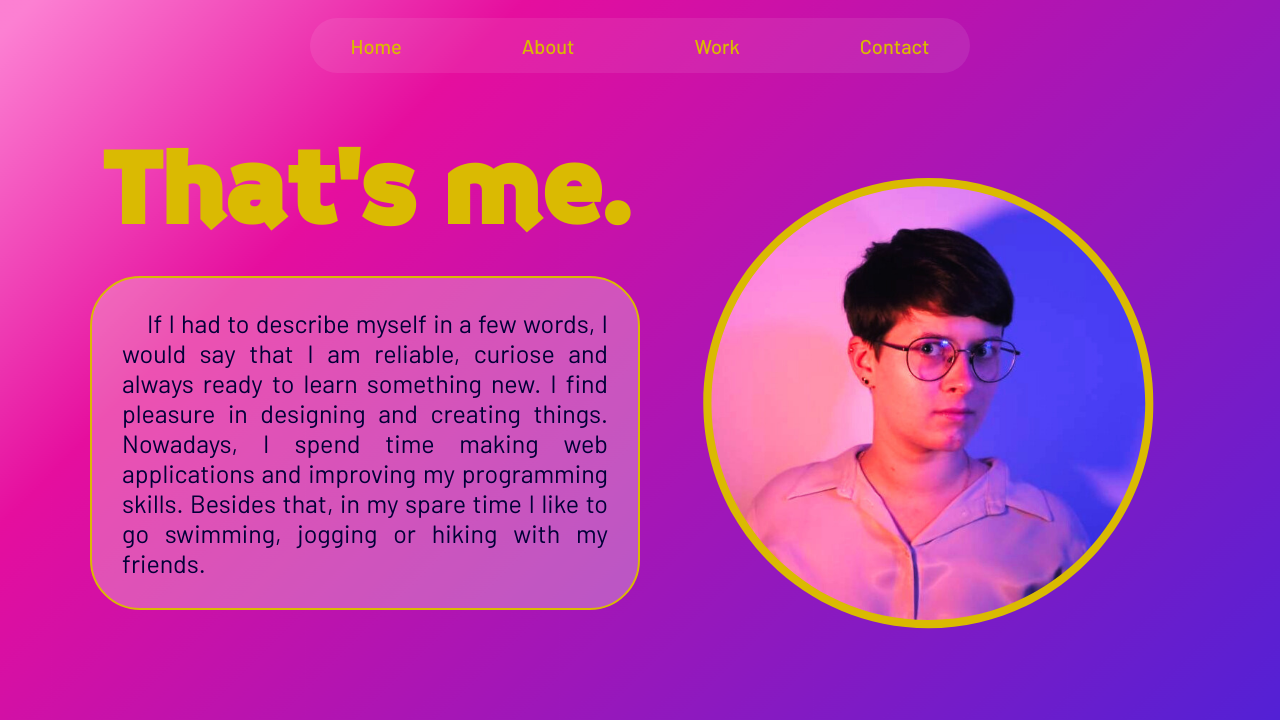
Repository: JJonka/portfolio_site
Page: /about
The author's editor kept a copy of each file at every save. The page is drawn from the files as they stood at one save, then again after the next save.
The browser window is 1280 px wide. The pictures show the whole page.
The project was rebuilt for these pictures with package versions that can differ from the ones it lists, and the page was loaded fresh each time. Also part of the build but not shown: vite.config.ts, src/pages/HomePage.tsx, src/components/LogoIcon.module.scss, src/components/LogoIcon.tsx, src/pages/Contact.tsx, src/pages/Work.module.scss, src/pages/Work.tsx.

Above is the page before, as saved 2023-10-08 16:00:19.

### index.html
<!doctype html>
<html lang="en">
  <head>
    <meta charset="UTF-8" />
    <link rel="icon" href="./src/assets/jj_logo.svg">
    <meta name="viewport" content="width=device-width, initial-scale=1.0" />
    <title>Joanna Jurasz - software developer</title>
  </head>
  <body>
    <div id="root"></div>
    <script type="module" src="/src/index.tsx"></script>
  </body>
</html>

### src/index.tsx
import React from 'react';
import ReactDOM from 'react-dom/client';
import App from './App';
import { BrowserRouter } from 'react-router-dom';


const root = ReactDOM.createRoot( document.getElementById('root') as HTMLElement);

root.render(
  <BrowserRouter>
    <App />
  </BrowserRouter>
);

### src/App.tsx
import { Routes, Route } from 'react-router-dom';
import HomePage from './pages/HomePage';
import About from './pages/About';
import Contact from './pages/Contact';
import Work from './pages/Work';
import './App.css'


const App = () => {
    return (
      <div>
      <div className='mainBackground' />
      <div className='layer1' />
      <div className='layer2' />

      <Routes>
        <Route path='/' element={ <HomePage /> } />
        <Route path='/about' element={ <About /> } />
        <Route path='/work' element={ <Work /> } />
        <Route path='/contact' element={ <Contact /> }/>
      </Routes>
      </div>
    )
}

export default App;

### src/pages/About.tsx
import Menu from "../components/Menu";
import styles from "./About.module.scss"
import EndOfSection from "../components/EndOfSection";

const About = () => {
    return (
        <div className={styles.card}>
            <Menu></Menu>
            <div className={styles.container}>
                <div className={styles.text}>
                    <h1 className={styles.header}>That's me.</h1>
                    <div className={styles.box}>
                        <p className={styles.aboutMe}>&emsp;If I had to describe myself in a few words, I would say that I am reliable,
                            curiose and always ready to learn something new. I find pleasure in designing and creating things. Nowadays,
                            I spend time making web applications and improving my programming skills. Besides that, in my spare time
                            I like to go swimming, jogging or hiking with my friends.
                        </p>
                    </div>
                </div>
                <img src="/src/assets/jj.svg" className={styles.image} alt="Jo_pic"></img>
            </div>
            <EndOfSection></EndOfSection>
        </div>
    )
};

export default About;

### src/App.css
@font-face {
  font-family: 'Barlow-Light';
  src: url(/fonts/Barlow-Light.ttf);
}

@font-face {
	font-family: 'Barlow-Regular' ;
	src: url(/fonts/Barlow-Regular.ttf);
}

body {
	display: flex;
	flex-direction: column;
    align-items: center;
    font-family: 'Barlow-Light';
	text-align: center;
    padding-left: calc(100vw - 100%);
    --main-color: #daba02;
}

.mainBackground {
    background-image: linear-gradient(135deg, #fc79d0 15%, #e40199 30% , #2719e0 85%);
    animation: slide 5s linear infinite alternate;
    animation-fill-mode: backwards;
    position: fixed;
    top: 0;
    bottom: 0;
    left: -50%;
    right: -50%;
    opacity: 0.95;
    z-index: -1;
}




@keyframes slide {
    0% {
        transform: translateX(-20%);
    }
    100% {
        transform: translateX(10%);
    }

}

### src/components/Menu.tsx
import styles from "./Menu.module.scss";
import  LinkToPage  from "./LinkToPage"

const Menu = () => {

    return (
        <div className={styles.menu}>
            <LinkToPage
                link = {'/'}
                urlTo = {"http://localhost:5173/"}
                linkTitle= {"Home"}
            ></LinkToPage>
            <LinkToPage
                link = {'/about'}
                urlTo = {"http://localhost:5173/about"}
                linkTitle= {"About"}
            ></LinkToPage>
            <LinkToPage
                link = {'/work'}
                urlTo = {"http://localhost:5173/work"}
                linkTitle= {"Work"}
            ></LinkToPage>
            <LinkToPage
                link = {'/contact'}
                urlTo = {"http://localhost:5173/contact"}
                linkTitle= {"Contact"}
            ></LinkToPage>
        </div>
    )
};

export default Menu;

### src/pages/HomePage.module.scss
@font-face {
    font-family: 'BraahOne-Regular';
    src: url(/fonts/BraahOne-Regular.ttf);
}

.header {
    color: var(--main-color);
    font-family: "BraahOne-Regular";
    font-size: 130px;
    margin-bottom: 10px;
    margin-top: 25px;
}

.introduction {
    color: var(--main-color);
    font-family: "BraahOne-Regular";
    font-size: 40px;
    font-weight: 50;
    margin-top: 5px;

}

.imgTop {
    position: absolute;
    top: 50px;
    left: 50px;
    max-width: 30%;
    max-height: 30%;
}

.imgBottom {
    position: absolute;
    bottom: 0;
    right: 70px;
    max-width: 30%;
    max-height: 30%;
}

.container {
    display: flex;
    flex-direction: column;
    align-items: center;
    position: relative;
    width: 1300px;
    height: 675px;
}

.card {
    display: flex;
    flex-direction: column;
    align-items: center;
}

### src/pages/About.module.scss
@font-face {
	font-family: 'Barlow-Regular' ;
	src: url(/fonts/Barlow-Regular.ttf);
}

.card {
    display: flex;
    flex-direction: column;
    align-items: center;
}

.header {
    color: var(--main-color);
    font-family: "BraahOne-Regular";
    font-size: 110px;
    margin-bottom: 10px;
    margin-top: 15px;
}

.container {
    justify-content: center;
    display: flex;
    flex-direction: row;
    height: 500px;
    width: 1100px;
    gap: 50px;
    margin-bottom: 10px;
    margin-top: 50px;
}

.image {
    max-width: 100%;
    max-height: 100%;
}

.text {
    height: 400px;
    width: 550px;
    display: flex;
    flex-direction: column;
    align-items: center;
    justify-content: center;
}

.aboutMe {
    font-family: "Barlow-Regular";
    font-size: 25px;
    color:  rgb(0, 0, 55);
    margin: 0;
    padding: 30px;

}

.box {
    background-color: rgba(255, 253, 229, 0.277);
    border-color: var(--main-color);
    border-radius: 50px;
    border-style: solid;
    border-width: 2px;
    text-align: justify;
}

### src/components/EndOfSection.tsx
import styles from "./EndOfSection.module.scss"

const EndOfSection = () => {
    return (
        <img src="" className={styles.endOfSection}></img>
    )
}

export default EndOfSection

### src/pages/Contact.module.scss
@font-face {
	font-family: 'Barlow-Regular' ;
	src: url(/fonts/Barlow-Regular.ttf);
}
@font-face {
    font-family: 'Barlow-Medium';
    src: url(/fonts/Barlow-Medium.ttf);
}

.card {
    align-items: center;
    display: flex;
    flex-direction: column;
}

.container {
    display: flex;
    flex-direction: column;
    align-items: center;
    height: 500px;
    width: 1100px;
    margin-bottom: 100px;
}

.header {
    color: var(--main-color);
    font-family: "BraahOne-Regular";
    font-size: 70px;
    margin-bottom: 10px;
    margin-top: 30px;

}

.logos {
    display: flex;
    flex-direction: row;
    gap: 250px;
    margin-top: 50px;
    margin-bottom: 120px;
    justify-content: center;
    width: 1000px;
}

a {
    text-decoration: none;
}

### src/components/Menu.module.scss
@font-face {
    font-family: 'Barlow-Medium';
    src: url(/fonts/Barlow-Medium.ttf);
}


.menu {
    border-radius: 50px;
    font-family: 'Barlow-Medium';
    font-size: 20px;
    margin-top: 10px;
    margin-bottom: 30px;
    width: 620px;
    height: 15px;
    padding: 20px;
    display: flex;
    flex-direction: row;
    align-items: center;
    justify-content: center;
    column-gap: 30px;
    background-color:rgba(255, 255, 255, 0.083);;

}

### src/components/LinkToPage.tsx
import { Link } from "react-router-dom";
import styles from "./LinkToPage.module.scss"

interface LinkTo  {
    link: string
    urlTo: string
    linkTitle: string
}

const LinkToPage = (props: LinkTo) => {
    return (
        <div>
            <Link to={props.link} className={document.URL == props.urlTo ? styles.active : styles.link}>{props.linkTitle} </Link>
        </div>
    )
}

export default LinkToPage

### src/components/EndOfSection.module.scss
.endOfSection {
    max-width: 150px;
}

### src/components/LinkToPage.module.scss
.link {
    text-decoration: none;
    color: var(--main-color);
    margin: 10px 25px;
    padding: 5px 20px;
}

.link:hover {
    margin: 10px 25px;
    padding: 5px 20px;
    background-color: rgba(255, 255, 255, 0.259);
    border-radius: 50px;
    transition: background-color 1s;
}

.active {
    text-decoration: none;
    color: var(--main-color);
    margin: 10px 25px;
    padding: 5px 20px;
    background-color: rgba(255, 255, 255, 0.259);
    border-radius: 50px;
}

After the next save:
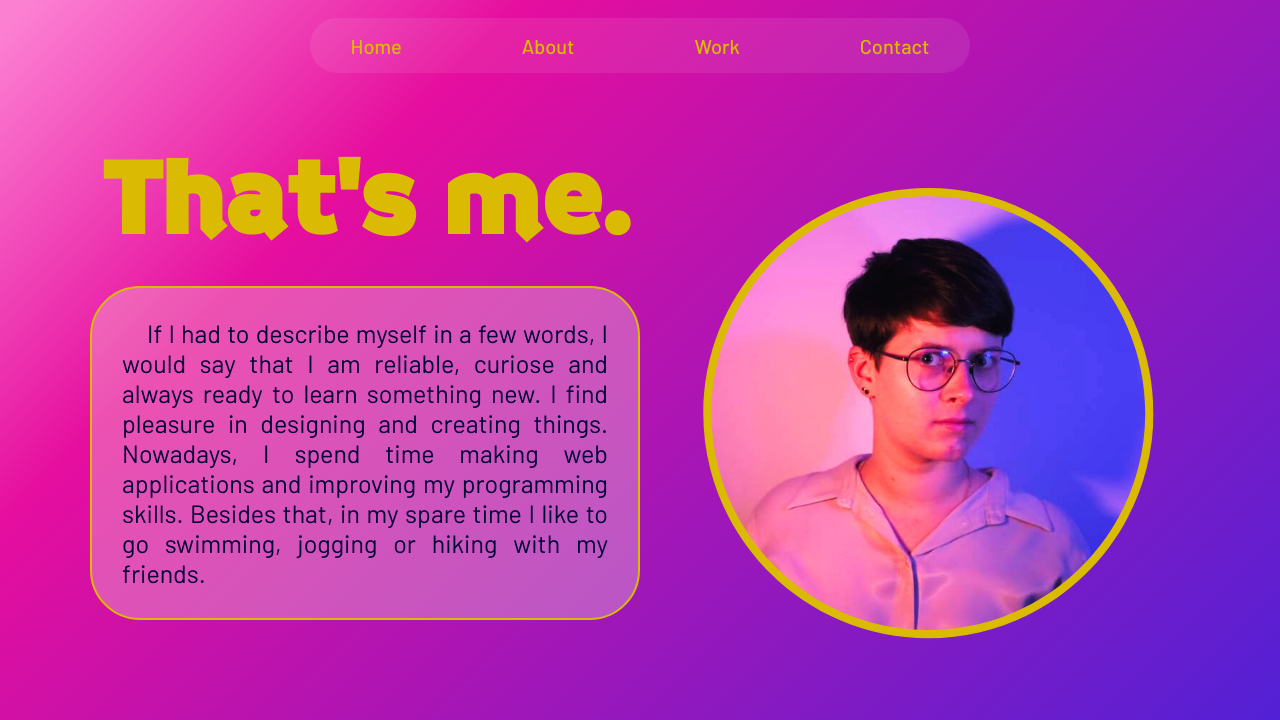
Saved 9 s later.
--- a/src/pages/About.module.scss
+++ b/src/pages/About.module.scss
@@ -25,7 +25,7 @@
     width: 1100px;
     gap: 50px;
     margin-bottom: 10px;
-    margin-top: 50px;
+    margin-top: 60px;
 }
 
 .image {
